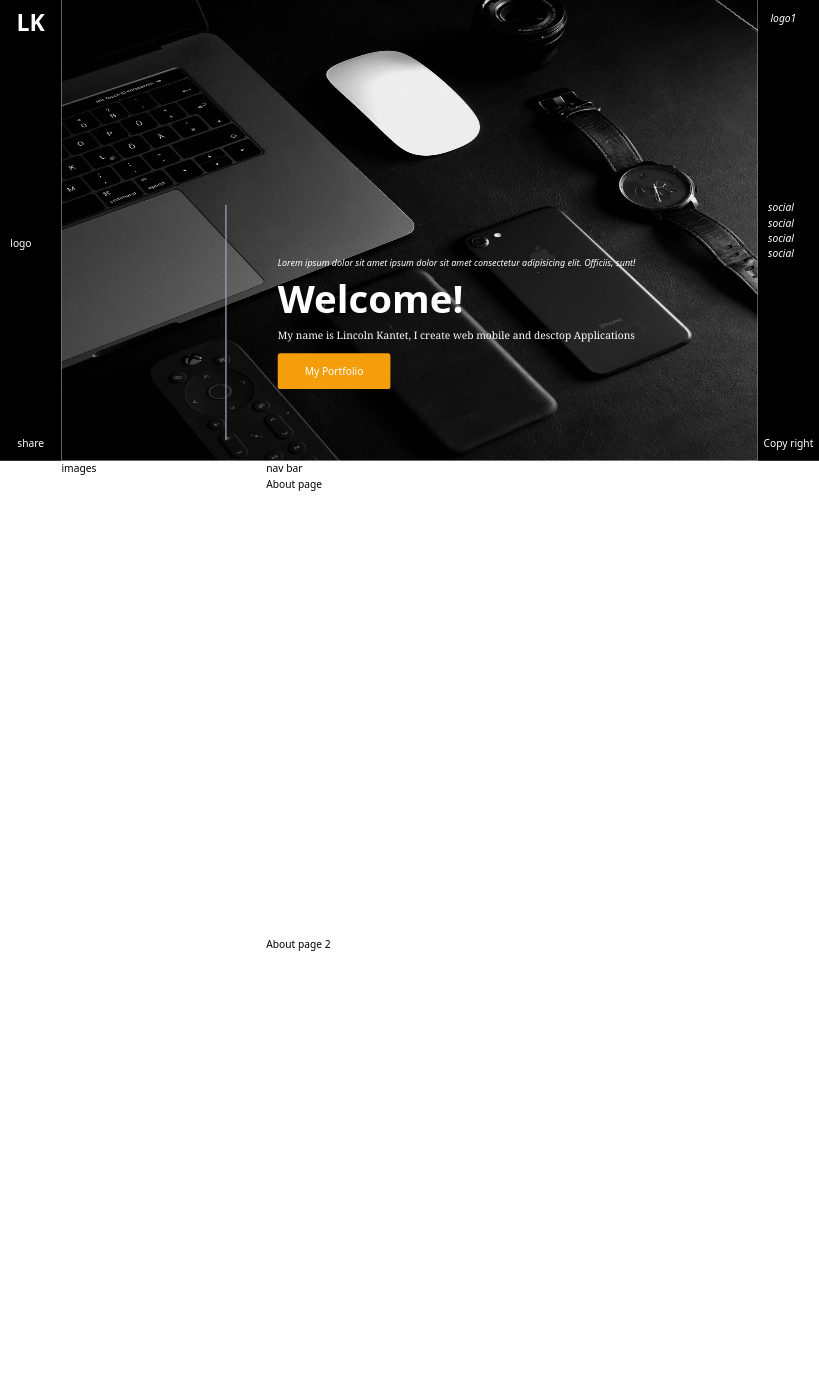
Repository: linco6054/template-tailwindcss
Page: index.html
These files come from the project's save history. The page is drawn as it stood at one moment and after the next save; the edit follows.
The browser window is 1280 px wide. The pictures show the whole page, at 64% of full size.

Above is the page before, as saved 2021-08-17 17:37:33.

### index.html
<!DOCTYPE html>
<html lang="en">

  <head>
    <meta charset="UTF-8" />
    <meta http-equiv="X-UA-Compatible" content="IE=edge" />
    <meta name="viewport" content="width=device-width, initial-scale=1.0" />
    <link href="https://unpkg.com/tailwindcss@^2/dist/tailwind.min.css" rel="stylesheet" />
<link rel="stylesheet" href="style.css">
    <title>Lincoln Kantet</title>
  </head>

  <body class="font-sans text-white  max-w-full h-auto flex flex-col lg:flex-row">
    <!-- nav -->
    <nav class="
        fixed
        top-0
        lg:left-0
        overflow-hidden
        bg-black
        h-20
        flex
        justify-between
        lg:flex-col
        items-center
        w-full
        lg:w-24 lg:h-screen
        z-50
      ">
      <span>
        <h1 class="mx-4 lg:mt-4 text-4xl font-bold">LK</h1>
      </span>
      <div class="mx-4 cursor-pointer">
        <i class="opacity-0 hover:opacity-100">menu</i>
        <span>logo</span>
      </div>

      <span class="mx-4 lg:mb-4">share</span>
    </nav>
    <!-- pages -->
    <section class="
        px-0
        lg:px-24
        overflow-hidden
        flex-col
        md:w-full
        lg:w-full
        h-auto
        text-black
        pt-20
        md:pt-0

      ">
      <div class="h-screen w-full relative overflow-hidden">
        <img class="absolute  z-0 h-full w-full" src="/images/bg.jpg" alt="">

        <div
          class="md:border-l-2 md:pl-20 md:py-20 md:border-gray-400 px-10 lg:ml-64 absolute text-white top-64 md:top-80 w-full z-20 flex flex-col  items-left  ">
          <i class="w-full text-sm mb-4 ">Lorem ipsum dolor sit amet ipsum dolor sit amet consectetur adipisicing elit.
            Officiis, sunt!</i>
          <h1 class="font-extrabold text-6xl mb-4">Welcome!</h1>
          <p class="font-serif mb-4">My name is Lincoln Kantet, I create web mobile and desctop Applications</p>
          <button class="bg-yellow-500 px-4 py-2 md:px-10 md:py-4 rounded w-44 hover:bg-yellow-700 ">My
            Portfolio</button>
        </div>
      </div>
      </div>
      <!-- other screen mother container -->
      <div class="h-auto relative flex ">
      <div class="w-80 hidden md:block">images</div>
      <div class="">
        <nav class="sticky top h-">nav bar</nav>
        <main>
          <div class="h-screen">About page</div>
            <div class="h-screen">About page 2</div>
        </main>
      </div>

      </div>
      <!-- end of other screen mother container -->
    </section>
    <!-- footer -->
    <footer class="
        lg:fixed lg:right-0
        overflow-hidden
        w-full
        lg:w-24
        bg-black
        h-20
        flex
        lg:h-screen
        flex-row-reverse
        justify-between
        items-center
        lg:flex-col
      ">
      <span class="mr-4 lg:mt-4">
        <i>logo1</i>
      </span>
      <span class="ml-4">
        <i>social</i>
        <i>social</i>
        <i>social</i>
        <i>social</i>
      </span>
      <span class="hidden lg:block lg:mb-4 ">
        <p class="md:rotate-90">Copy right</p>
      </span>
    </footer>
  </body>

</html>

Loaded but not shown: style.css (no stored copy; drawn as an empty file)

After the next save:
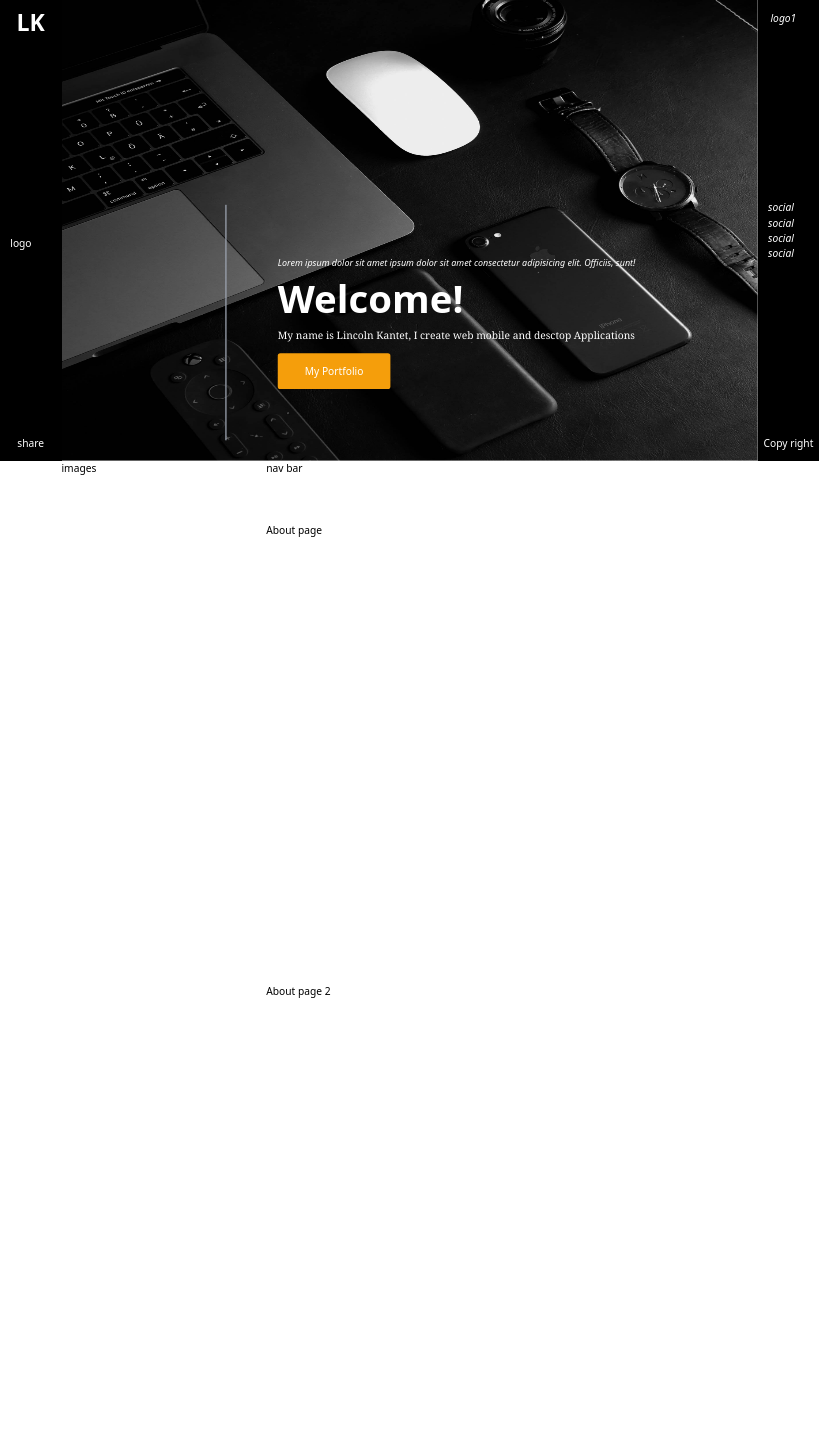
Saved 7 s later.
--- a/index.html
+++ b/index.html
@@ -69,7 +69,7 @@
       <div class="h-auto relative flex ">
       <div class="w-80 hidden md:block">images</div>
       <div class="">
-        <nav class="sticky top h-">nav bar</nav>
+        <nav class="sticky top h-24">nav bar</nav>
         <main>
           <div class="h-screen">About page</div>
             <div class="h-screen">About page 2</div>
